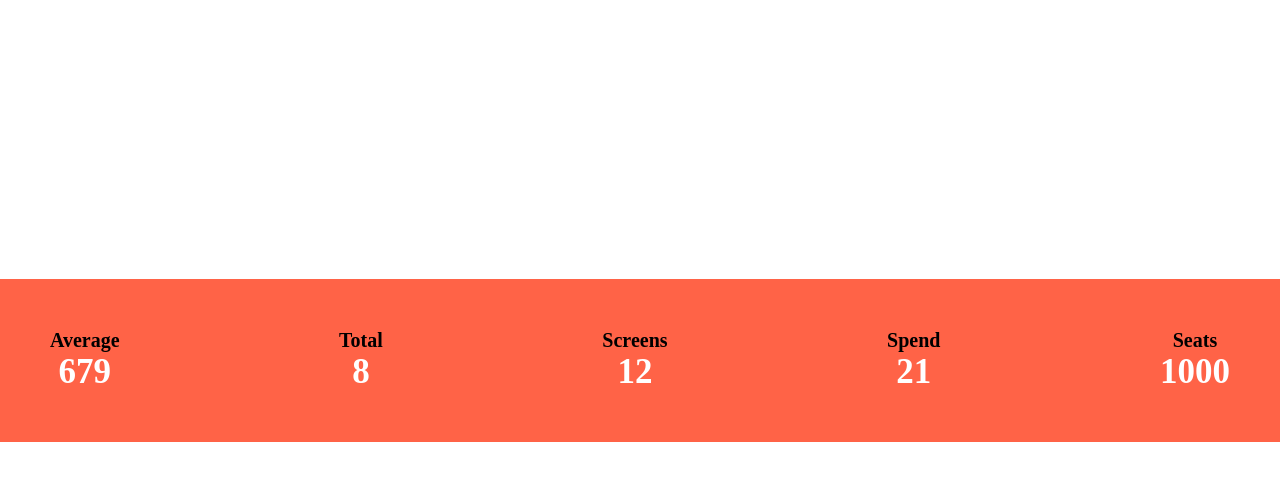
Repository: Dmitriy970411/myDoc1
Page: my-jquery-workings/counter/index.html
These files come from the project's save history. The page is drawn as it stood at one moment and after the next save; the edit follows.
The browser window is 1280 px wide. The pictures show the whole page.

Above is the page before, as saved 2020-01-23 04:51:41.

After the next save:
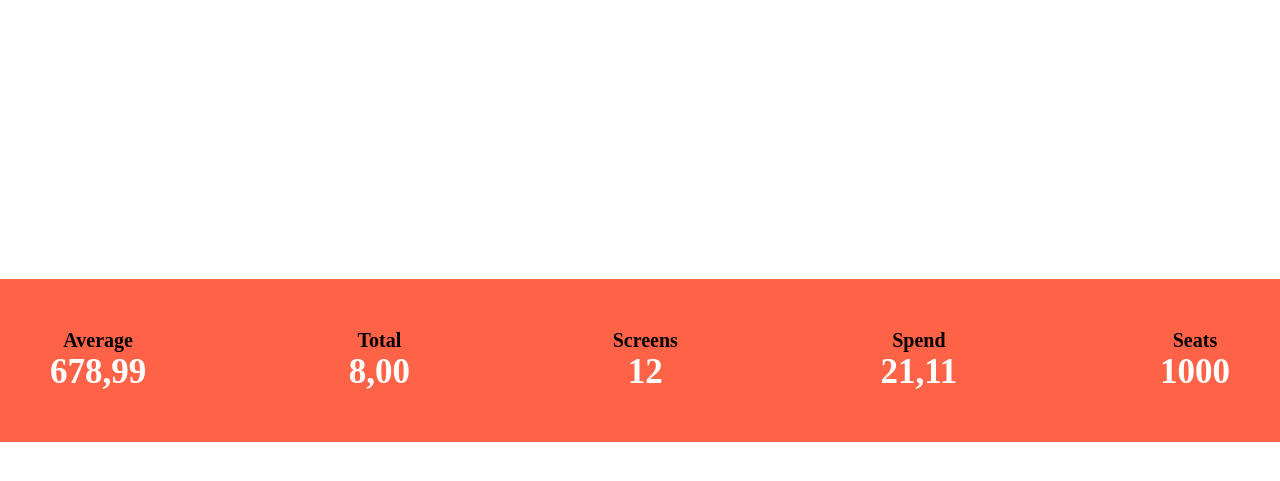
Saved 6 s later.
--- a/my-jquery-workings/counter/js/main.js
+++ b/my-jquery-workings/counter/js/main.js
@@ -1,7 +1,7 @@
 (function() {
 
 	$('.stat-number').each(function () {
-		var size = $(this).text().split(",")[1];
+		var size = $(this).text().split(".")[1];
 		console.log(size)
 		if(size) {
 			var size = size.length;
